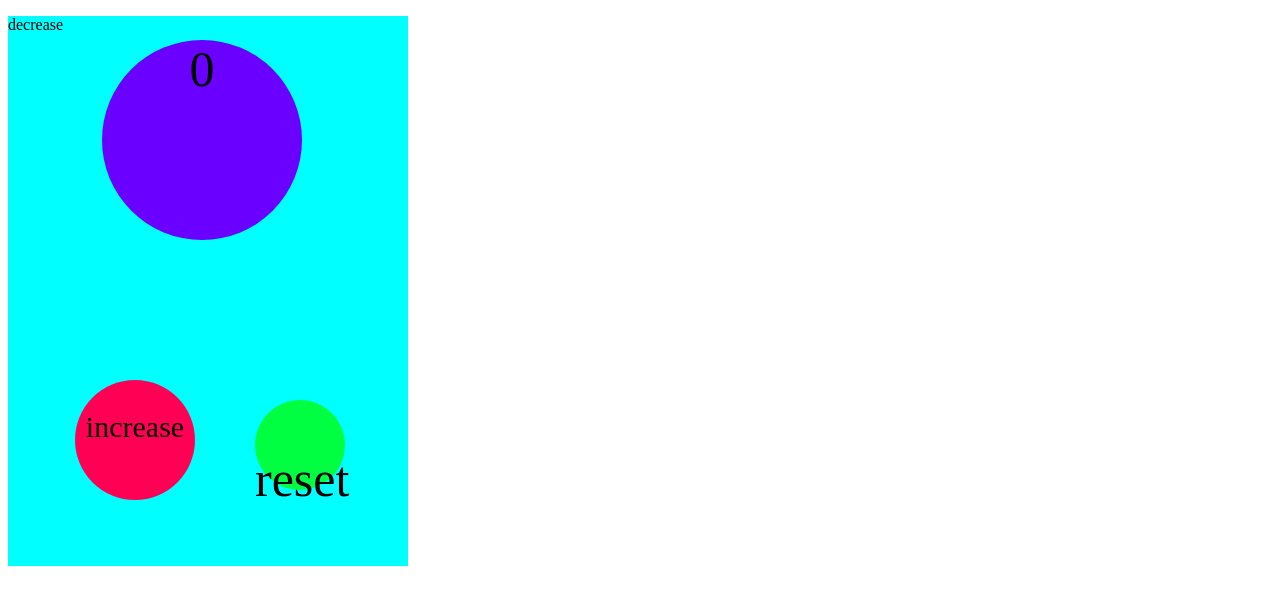
Repository: sara55m/Counter_App
Page: index.html
The author's editor kept a copy of each file at every save. The page is drawn from the files as they stood at one save, then again after the next save.
The browser window is 1280 px wide. The pictures show the whole page.

Above is the page before, as saved 2024-07-30 03:31:36.

After the next save:
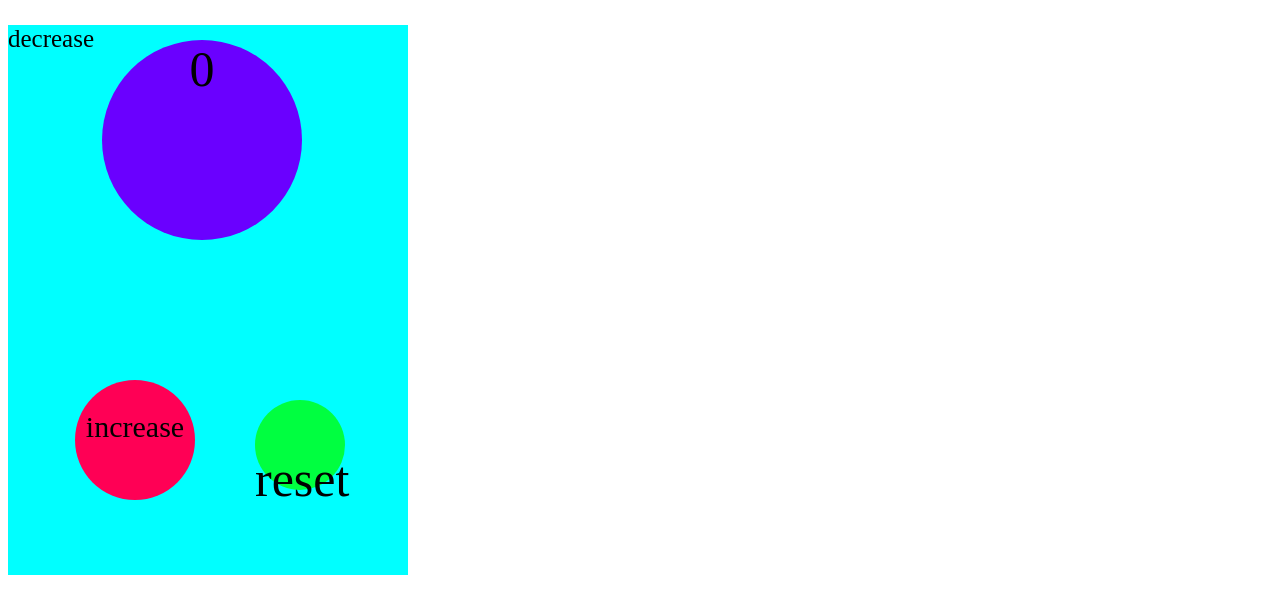
Saved 7 s later.
--- a/index.html
+++ b/index.html
@@ -10,7 +10,7 @@
     <div class="container">
         <div class="main" id="main"></div>
         <div class="increase" id="increase" onclick="increase()"><p class="first">increase</p></div>
-        <div class="decrease" id="decrease" onclick="increase()"><p class="secondt">decrease</p></div>
+        <div class="decrease" id="decrease" onclick="increase()"><p class="second">decrease</p></div>
         <div class="reset" onclick="reset_1()"><p class="third">reset</p></div>
     </div>
     <script src="js/script.js"></script>
